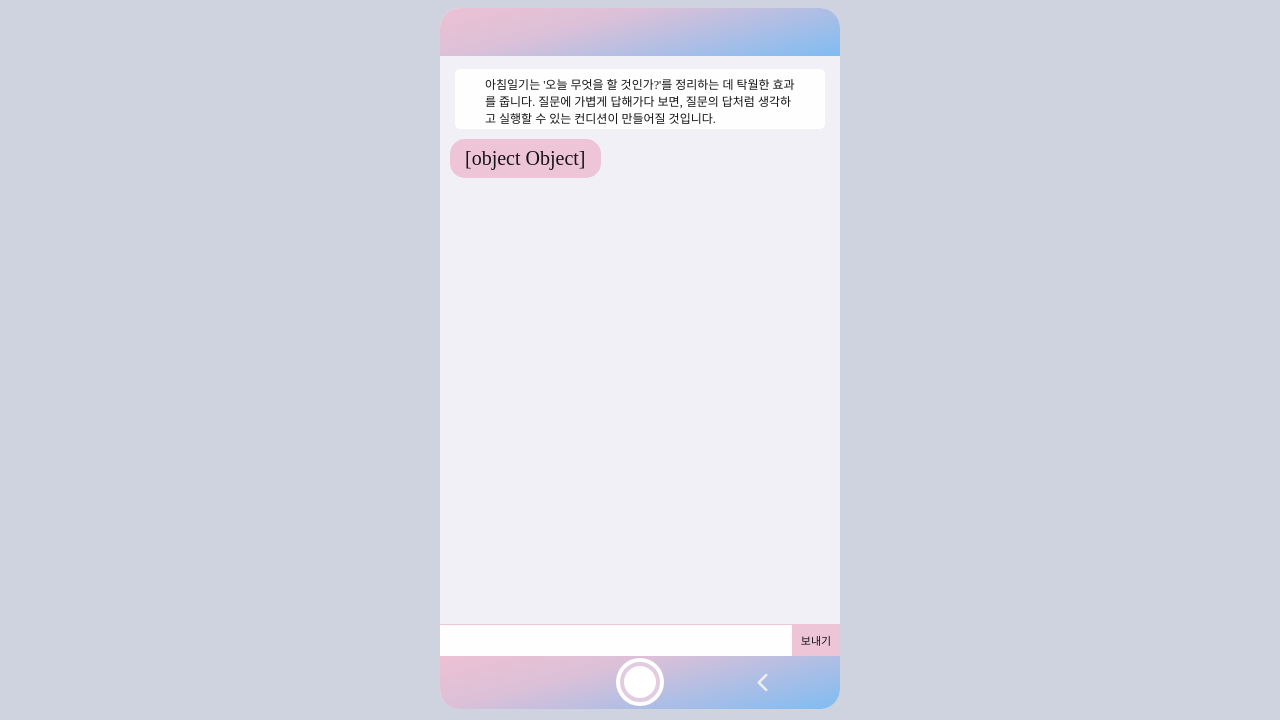
Repository: jinhee196/diary
Page: index.html
An editor plug-in stored every save of this project. The page is shown before and after the next save, followed by the edit.
The browser window is 1280 px wide. The pictures show the whole page.
After loading, the first visible `button.note2` was clicked once.
Some web fonts or font styles are not loaded; a fallback is used. Some web libraries are served in a nearby version.

Above is the page before, as saved 2021-06-05 16:30:07.

### index.html
<!DOCTYPE html>
<html lang="ko">
<head>
    <meta charset="UTF-8">
    <meta http-equiv="X-UA-Compatible" content="IE=edge">
    <meta name="viewport" content="width=device-width, initial-scale=1.0">
    <title>secret Note</title>
    <script src="https://kit.fontawesome.com/ef20572bd9.js" crossorigin="anonymous"></script>
    <link rel="stylesheet" href="style.css">
    <link rel="preconnect" href="https://fonts.gstatic.com">
<link href="https://fonts.googleapis.com/css2?family=Hi+Melody&family=Nanum+Brush+Script&display=swap" rel="stylesheet">
    <script src="js/main.js" defer></script>
    <script src="js/data.js"></script>
</head>
<body>
  <div class="container">
      <header class="header"></header>

      <section id="main">
        <h1 class="main__title">SECRET DIARY</h1>
        <p class="main__desc">작가 Bodo Schaefer의 &#60;멘탈의 연금술&#62;을 바탕으로 만든 일기장입니다.
                              책의 내용을 토대로 전략적인 일기를 써보세요:) 긍정적인 삶으로 나아갈 수 있을 것입니다. </p>
        <button class="note1">일기쓰기</button>
        <button class="note2">아침일기</button>
        <button class="note3">걱정과 두려움을 <br>다루는 방법</button>
      </section>

      <section id="daily">
        <div class="daily__weather"></div>
        <div class="daily__emotion"></div>
        <div class="daily__Note">
          <button class="daily__submit">완료</button>
          <input class="daily__title" placeholder="제목을 입력하세요"></input>
          <textarea class="daily__text"></textarea>

        </div>
      </section>

      <section id="morning">
        <p class="desc">아침일기는 '오늘 무엇을 할 것인가?'를 정리하는 데 탁월한 효과를 줍니다. 질문에 가볍게 답해가다 보면,
          질문의 답처럼 생각하고 실행할 수 있는 컨디션이 만들어질 것입니다.  </p>
        <ul class="items">
          <!-- <li class="item">test</li>
          <li class="item-sub">subtest</li> -->
        </ul>
        <div class="message">
        <input type="text" class="footer__input" />
        <button class="footer__submit">보내기</button>
        </div>
    </section>

    <section id="list">
      <p class="desc">두려움과 걱정의 목록들을 리스트로 만들고 지속적으로 업데이트하세요.
        구체적으로 작성해 두려움을 잘게 쪼개다보면 엄습하는 두려움을 무력화시킬 수 있을 것입니다. </p>
      <ul class="items">
        <!-- <li class="item">test</li>
        <li class="item-sub">subtest</li> -->
      </ul>
      <div class="message">
      <input type="text" class="footer__input" />
      <button class="footer__submit">보내기</button>
      </div>
  </section>

    <footer class="footer">
      <button class="footer__button">
        <div class="circle"></div>
       </button>
       <i class="fas fa-chevron-left"></i>
     </footer>
  </div>
</body>
</html>

### style.css
* {
  box-sizing: border-box;
  font-family: "Hi Melody", cursive;
}
ul {
  padding: 0;
}

button {
  outline: none;
  background: transparent;
  border: none;
  cursor: pointer;
}
body {
  background-color: #ced3df;
  text-align: center;
}

section {
  height: 600px;
}
.container {
  width: 400px;
  margin: auto;
  background-color: #f1f0f7;
  border-radius: 20px;
}

.header {
  height: 48px;
  padding: 8px;
  font-size: 24px;
  background: rgba(237, 193, 211);

  background: linear-gradient(
    166deg,
    rgba(237, 193, 211, 1) 0%,
    rgba(219, 192, 216, 1) 35%,
    rgba(127, 188, 242, 1) 100%
  );

  border-radius: 20px 20px 0 0;
  color: #fff;
}

#main {
  display: flex; /*flex*/
  flex-direction: column;
  justify-content: center;
  align-items: center;
  overflow: hidden;
}
.main__title {
  font-family: "Nanum Brush Script", cursive;
  letter-spacing: 1px;
  font-size: 40px;
  color: #555;
}
.main__desc {
  padding: 0 30px;
  font-size: 18px;
  margin-bottom: 30px;
}
#main button {
  width: 130px;
  padding: 13px 15px;
  margin: 5px 0;
  border-radius: 10px;
  color: #222;
  font-size: 16px;
  transition: transform 300ms;
}
#main button:hover {
  transform: scale(1.1);
}
.note1 {
  background-color: rgba(219, 192, 216, 1);
}
.note2 {
  background-color: rgba(127, 188, 242, 1);
}
.note3 {
  background-color: rgba(219, 192, 216, 1);
}

#daily {
  display: none;
}
.daily__weather {
  display: none;
}
.daily__emotion {
  display: none;
  position: relative;
}
.daily__Note {
  display: none;
  width: 100%;
  height: 100%;
}
.daily__title {
  width: 100%;
  height: 10%;
  outline: none;
  padding: 20px;
  font-size: 22px;
  border: none;
  border-bottom: 1px solid #ddd;
}
.daily__text {
  width: 100%;
  height: 85%;
  line-height: 1.6;
  padding: 20px;
  outline: none;
  border: none;
  resize: none;
  font-size: 18px;
}
.daily__submit {
  height: 5%;
  font-size: 16px;
  color: #555;
  float: right;
  margin-right: 10px;
}
.daily__submit:hover {
  color: rgb(255, 110, 238);
}
#morning {
  display: none;
  overflow: hidden;
}
#list {
  display: none;
  overflow: hidden;
}
.desc {
  width: 370px;
  height: 60px;
  font-size: 12px;
  text-align: left;
  padding: 8px 30px;
  margin: 15px auto 0;
  background-color: #fff;
  border-radius: 5px;
  line-height: 1.4;
}
.items {
  height: 495px;
  overflow-y: auto;
  margin: 0;
  font-size: 20px;
}

.item {
  padding: 8px 15px;
  margin: 10px;
  border-radius: 15px;
  background: rgba(237, 193, 211);
  display: inline-block;
  float: left;
  clear: both;
}
.item-sub {
  padding: 8px 15px;
  margin: 10px;
  border-radius: 15px;
  background: rgba(127, 188, 242, 1);
  display: inline-block;
  float: right;
  clear: both;
}

.footer {
  background: rgba(237, 193, 211);

  background: linear-gradient(
    166deg,
    rgba(237, 193, 211, 1) 0%,
    rgba(219, 192, 216, 1) 35%,
    rgba(127, 188, 242, 1) 100%
  );
  border-radius: 0 0 20px 20px;
  position: relative;
}
.message {
  width: 100%;
}
.footer__input {
  width: 88%;
  height: 32px;
  border: none;
  outline: none;
  font-size: 20px;
  font-weight: 400;
  padding: 0 16px;
  float: left;
  border-top: 1px solid rgba(237, 193, 211);
}

.footer__submit {
  width: 12%;
  height: 32px;
  float: right;
  background-color: rgba(237, 193, 211);
  font-size: 11px;
  padding: 0;
}
.footer__button {
  width: 48px;
  height: 48px;
  background-color: #fff;
  border-radius: 50%;
  transition: transform 300ms ease-in;
  margin-top: 2px;
}
.circle {
  width: 40px;
  height: 40px;
  border: 4px solid rgba(219, 192, 216, 0.8);
  border-radius: 50%;
  margin-left: -2px;
}
.fa-chevron-left {
  font-size: 20px;
  color: #eee;
  position: absolute;
  right: 70px;
  top: 50%;
  transform: translateY(-50%);
  cursor: pointer;
}
.footer__button:hover {
  transform: scale(1.1);
}

@keyframes fadeIn {
  from {
    opacity: 0;
  }
  to {
    opacity: 1;
  }
}

@keyframes fadeOut {
  from {
    opacity: 1;
  }
  to {
    opacity: 0;
  }
}

.fadeIn {
  animation: fadeIn;
  animation-duration: 1s;
}

.fadeOut {
  animation: fadeOut;
  animation-duration: 1s;
}

### js/data.js
const morningList = [
  {
    q: '1. 나는 오늘 어떤 점이 가장 행복하겠는가?'
  },
  {
    q: '2. 오늘 내게 가장 큰 동기부여를 해주는 것은 무엇인가?'
  },
  {
    q: '3.오늘 무엇에 가장 감사해야 하겠는가?'
  },
  {
    q: '4.오늘 내게 직언과 조언을 해줄 사람들은 누구인가?'
  },
  {
    q: '5. 오늘 내 컨디션으로 볼 때 가장 잘해낼 것 같은 일은 무엇인가?'
  },
  {
    q: '6. 오늘 내가 꼭 알아야 할 것은 무엇인가?'
  },
  {
    q: '7. 오늘 두려움과 긴장을 유쾌하게 다뤄줄 필살기는 무엇인가?'
  },
  {
    q: '8. 오늘 꼭 해야할 과제 한 가지는 무엇인가?'
  }
]

const qnaList = [
  {
    q: '지금 가장 두려운 것이 무엇입니까?'
  },
  {
    q: '그것이 왜 두려우십니까? 구체적으로 작성해보세요.'
  },
  {
    q: '가장 큰 두려움에서부터 사소한 걱정까지 낱낱이 기록하세요.'
  }
]

const dailyNote = [
  {
    q: '지금의 날씨를 선택해주세요',
    a: [
      { answer: 'images/weather-icon-set_03.png'},
      { answer: 'images/weather-icon-set_05.png' },
      { answer: 'images/weather-icon-set_07.png' },
      { answer: 'images/weather-icon-set_13.png' },
      { answer: 'images/weather-icon-set_17.png' },
      { answer: 'images/weather-icon-set_21.png' },
    ]
  },
  {
    q: '지금의 기분을 골라보세요',
    a: [
      { answer: 'images/emtion_03.png' },
      { answer: 'images/emtion_05.png' },
      { answer: 'images/emtion_07.png' },
      { answer: 'images/emtion_12.png' },
      { answer: 'images/emtion_13.png' },
      { answer: 'images/emtion_14.png' },
      { answer: 'images/emtion_18.png' },
      { answer: 'images/emtion_19.png' },
      { answer: 'images/emtion_20.png' },
    ]
  }
]

### js/main.js
const note1 = document.querySelector('.note1');
const note2 = document.querySelector('.note2');
const note3 = document.querySelector('.note3');

const main = document.querySelector('#main');
const morning = document.querySelector('#morning');
const list = document.querySelector('#list');

const items = document.querySelector('.items');
const input = document.querySelector('.footer__input');
const addBtn = document.querySelector('.footer__submit');

// note1.addEventListener('click', () => {

// });


note2.addEventListener('click', ()=>{
    main.style.animation = "fadeOut 1s";
    setTimeout(() => {
      morning.style.animation = "fadeIn 1s";
      setTimeout(() => {
        main.style.display = "none";
        morning.style.display = "block";
        input.focus();
      }, 450)
      goNext();
    }, 450);
});

note3.addEventListener('click', ()=>{
    main.style.animation = "fadeOut 1s";
    setTimeout(() => {
      list.style.animation = "fadeIn 1s";
      setTimeout(() => {
        main.style.display = "none";
        list.style.display = "block";
        input.focus();
      }, 450)
    }, 450);
});

function goNext(){
    const item = document.createElement('li');
    item.setAttribute('class', 'item');
    items.appendChild(item);
    for(let i = 0; i < morningList.length; i++) {
      item.innerHTML = morningList[i];

    }


  }

function onAdd() {
  const text = input.value;
  if (text === '') {
    input.focus();
    return;
  }
  const item = createItem(text); //function
  items.appendChild(item);
  item.scrollIntoView({ block: 'center' });
  input.value = '';
  input.focus();
}

function createItem(text) {
  const itemRow = document.createElement('li');
  itemRow.setAttribute('class', 'item-sub');
  itemRow.innerHTML = text;
  return itemRow;
}

addBtn.addEventListener('click', () => {
  onAdd();
});

input.addEventListener('keypress', event => {
  if (event.key === 'Enter') {
    onAdd();
  }
});

After the next save:
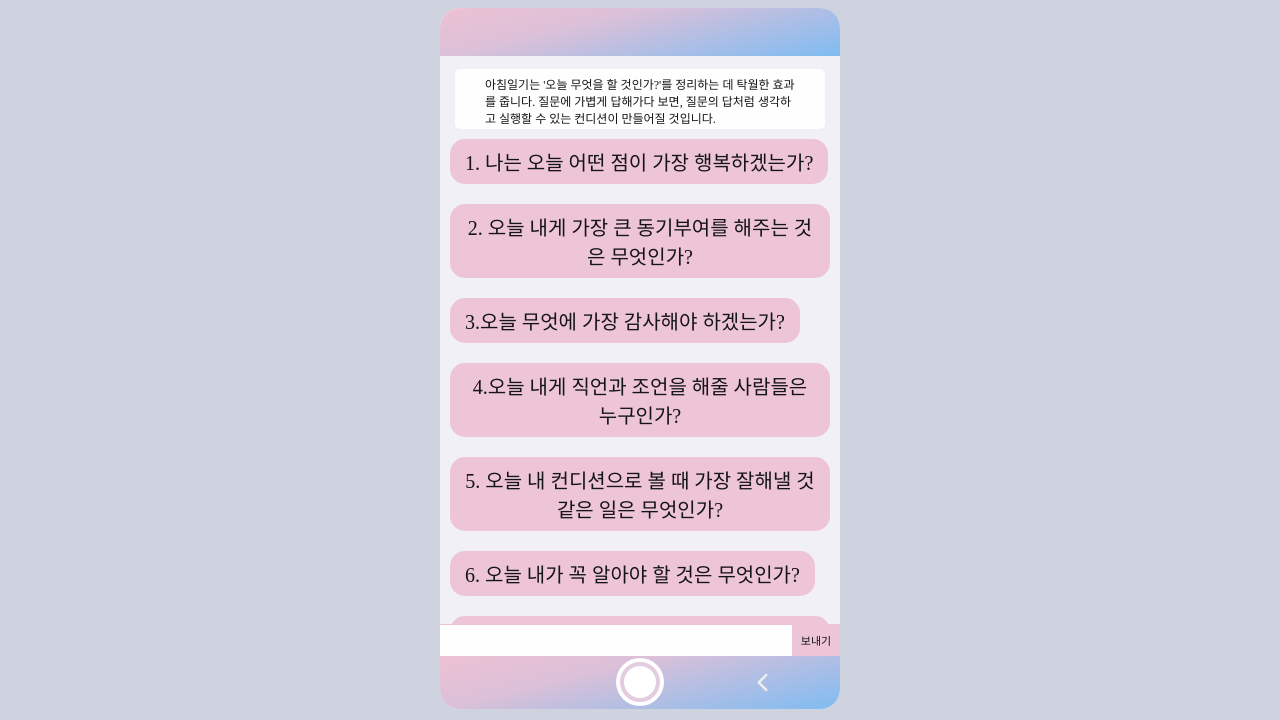
Saved 49 s later.
--- a/js/main.js
+++ b/js/main.js
@@ -41,11 +41,12 @@
 });
 
 function goNext(){
-    const item = document.createElement('li');
+
+    for(let i = 0; i < morningList.length; i++) {
+      const item = document.createElement('li');
     item.setAttribute('class', 'item');
     items.appendChild(item);
-    for(let i = 0; i < morningList.length; i++) {
-      item.innerHTML = morningList[i];
+      item.innerHTML = morningList[i].q;
 
     }
 

After the save that followed:
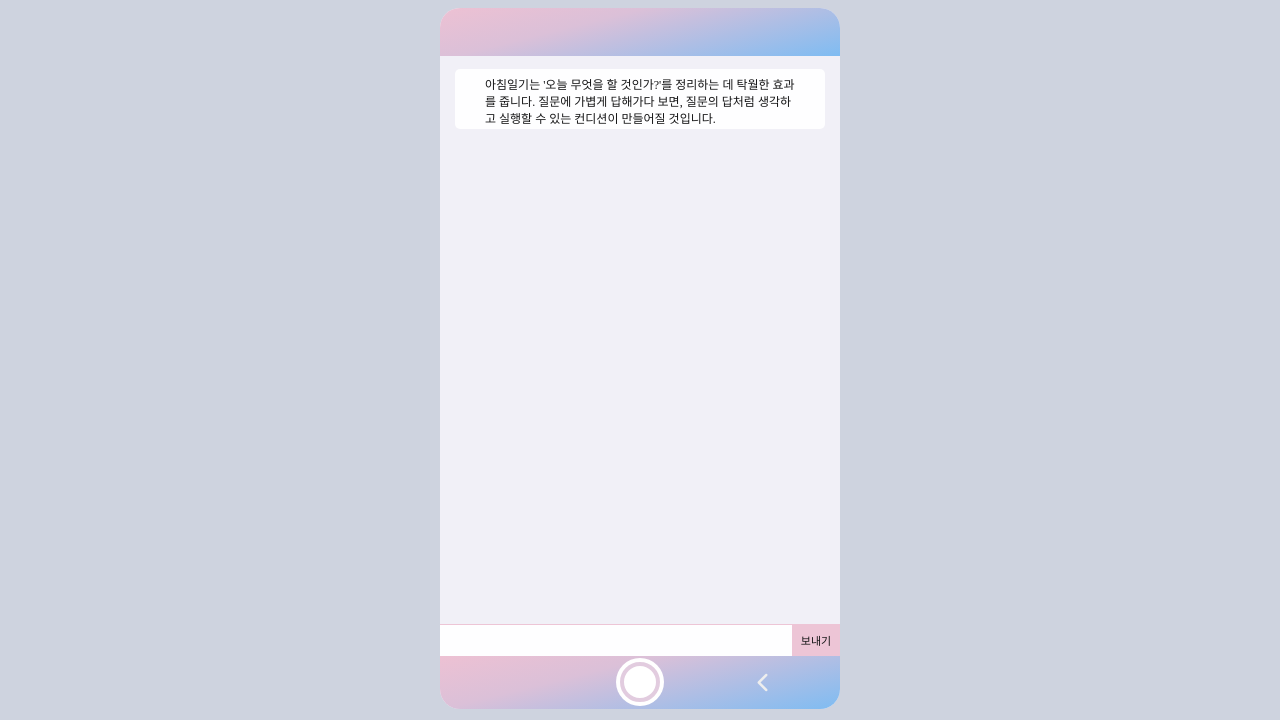
Saved 2 min 13 s later.
--- a/js/main.js
+++ b/js/main.js
@@ -41,8 +41,12 @@
 });
 
 function goNext(){
-
+  const text = input.value;
     for(let i = 0; i < morningList.length; i++) {
+      if (text === '') {
+        input.focus();
+        return;
+      }
       const item = document.createElement('li');
     item.setAttribute('class', 'item');
     items.appendChild(item);
